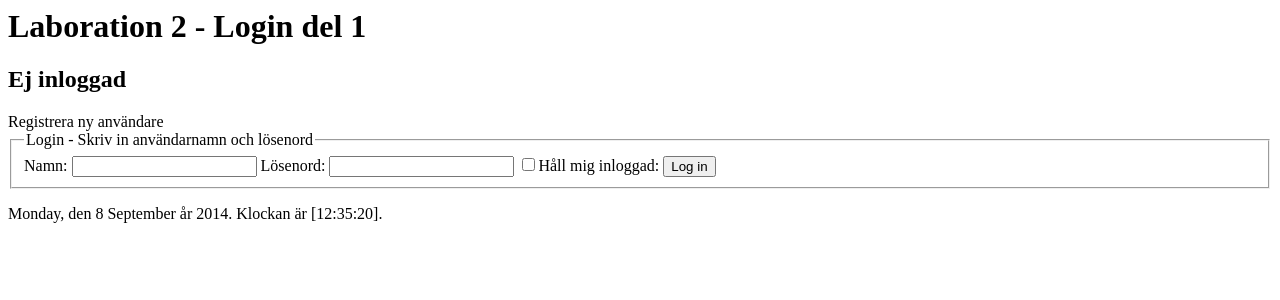
Repository: ed222an/1DV408-Laborationer
Page: http://localhost/
The author's editor kept a copy of each file at every save. The page is drawn from the files as they stood at one save, then again after the next save.
The browser window is 1280 px wide. The pictures show the whole page.
The page is run by PHP 8.4 with error messages shown; the project is at /var/www/html/.

Above is the page before, as saved 2014-09-08 13:17:14.

### Labb2/Loginsystem/index.php
<?php
	setlocale(LC_ALL , "swedish"); // Ställer in sidans format så att månad, år, tid etc. visas på svenska.

	// Variabler
	$weekDay = ucfirst(utf8_encode(strftime("%A"))); // Hittar veckodagen, tillåter Å,Ä,Ö och gör den första bokstaven stor.
	$month = ucfirst(strftime("%B")); // Hittar månaden och gör den första bokstaven stor.
	$year = strftime("%Y");
	$time = strftime("%H:%M:%S");
	$format = '%e'; // Fixar formatet så att datumet anpassas för olika platformar. Lösning hittade på http://php.net/manual/en/function.strftime.php

	// Kontrollerar ifall windowsformatet används och ersätter %e med en fungerande del.
	if (strtoupper(substr(PHP_OS, 0, 3)) == 'WIN')
	{
    	$format = preg_replace('#(?<!%)((?:%%)*)%e#', '\1%#d', $format);
	}

	echo "<html>
			<head>
				<title>Laboration 2 ed222an</title>
				<meta charset='utf-8'>
			</head>
			<body>
				<h1>Laboration 2 - Login del 1</h1>
				<h2>Ej inloggad</h2>
				<a>Registrera ny användare</a>
				<form id='loginForm'>
					<fieldset>
						<legend>Login - Skriv in användarnamn och lösenord</legend>
						Namn: <input type='text' name='userName'> Lösenord: <input type='password' name='userPassword'> <input type='checkbox' name='stayLoggedIn'>Håll mig inloggad:
						<button type='submit' form='loginForm' value='Submit'>Log in</button>
					</fieldset>
				</form>
				" . strftime('' . $weekDay . ', den ' . $format . ' '. $month . ' år ' . $year . '. Klockan är [' . $time . ']') . ".
			</body>
		</html>";
?>

After the next save:
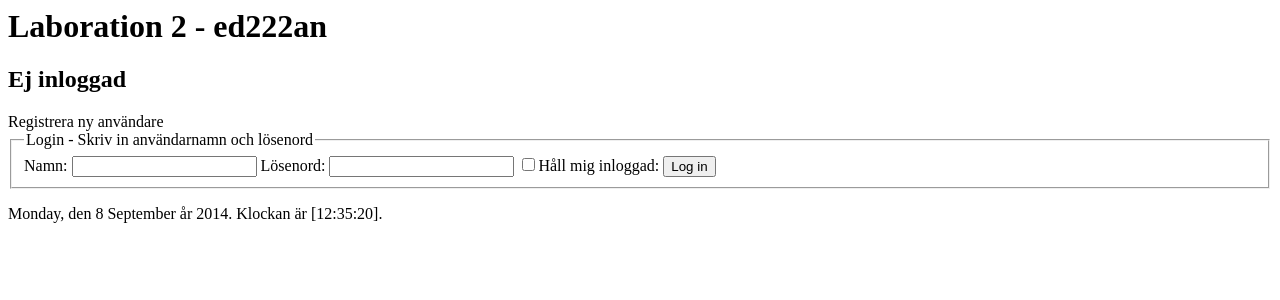
Saved 40 s later.
--- a/Labb2/Loginsystem/index.php
+++ b/Labb2/Loginsystem/index.php
@@ -16,11 +16,11 @@
 
 	echo "<html>
 			<head>
-				<title>Laboration 2 ed222an</title>
+				<title>Laboration 2 Login del 1</title>
 				<meta charset='utf-8'>
 			</head>
 			<body>
-				<h1>Laboration 2 - Login del 1</h1>
+				<h1>Laboration 2 - ed222an</h1>
 				<h2>Ej inloggad</h2>
 				<a>Registrera ny användare</a>
 				<form id='loginForm'>
